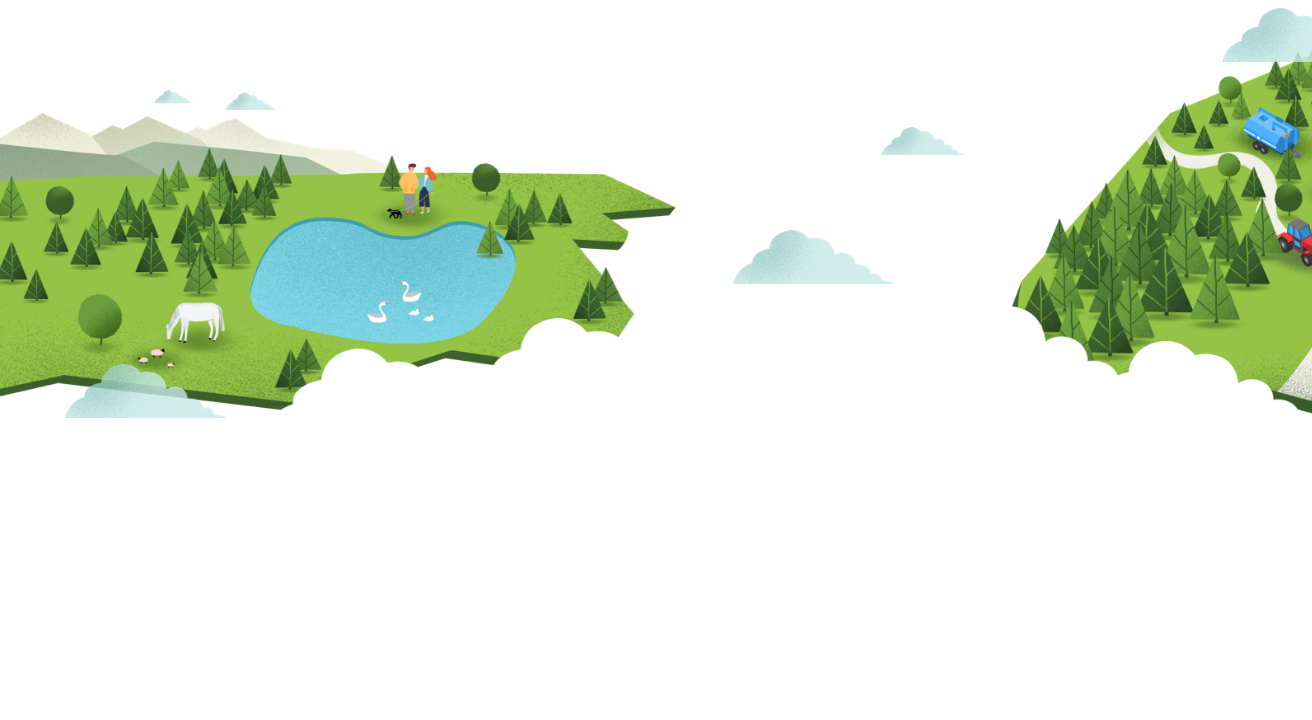
Repository: caothaito/b6g6
Page: bogo/q.html
These files come from the project's save history. The page is drawn as it stood at one moment and after a run of saves; the edit follows.
The browser window is 1280 px wide. The page is 1280 px wide, then 1312 px, so the pictures cover 1312 px, including what lies to the right of the window. The pictures show the whole page.

Above is the page before, as saved 2020-08-21 14:21:09.
Console error: ReferenceError: setREVStartSize is not defined

After the next 2 saves:
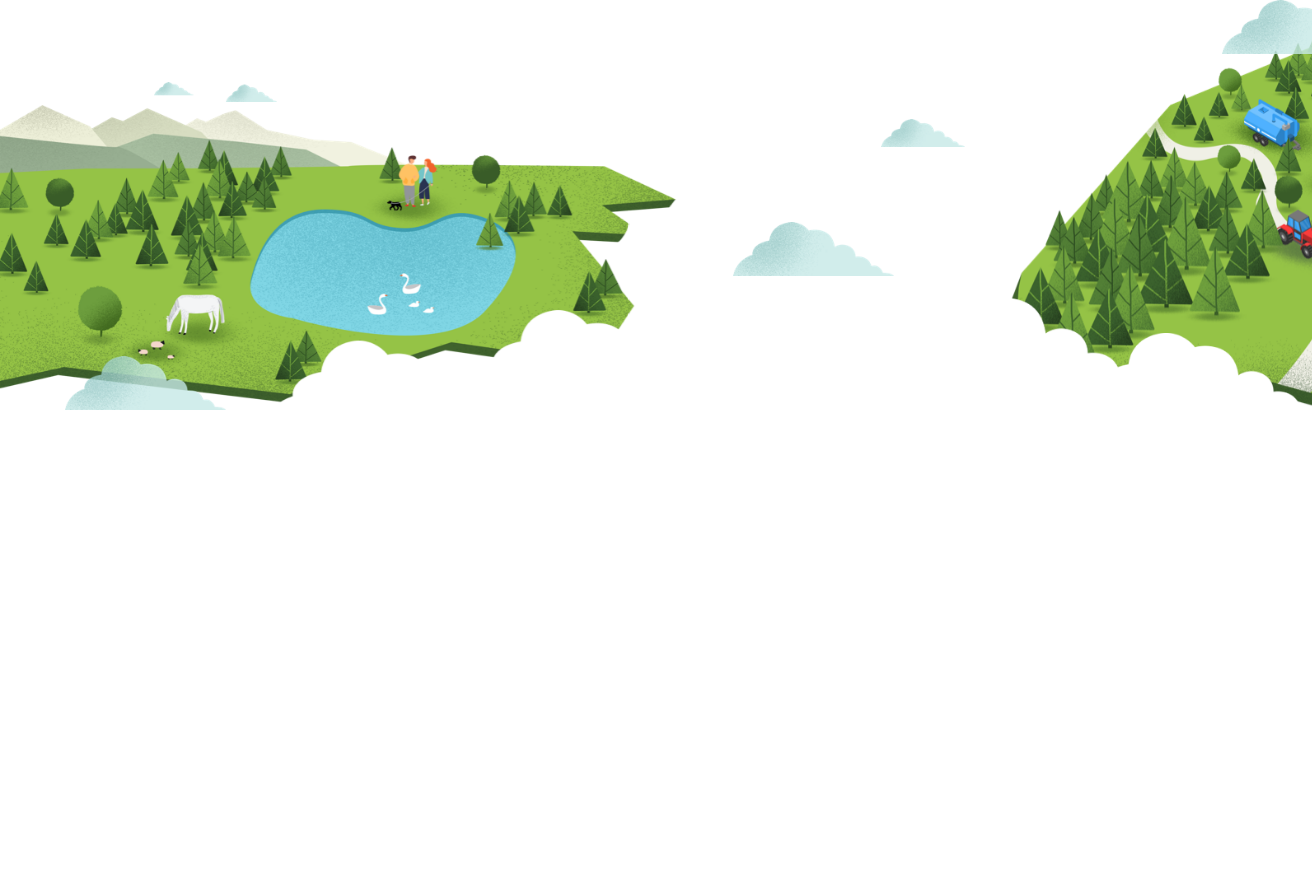
The 2 saves are shown as one change because they came seconds apart.
The last was saved 8 s later.
--- a/bogo/q.html
+++ b/bogo/q.html
@@ -1,8 +1,6 @@
 <div class="plant-trees--slider pull-left w100">
     <div class="forcefullwidth_wrapper_tp_banner">
-        <div  class="rev_slider_wrapper fullwidthbanner-container" data-alias="homepage"
-            data-source="gallery"
-            style="margin: 0px auto; background: transparent; padding: 0px; height: 433px; position: absolute; overflow: visible; width: 1583px; left: 0px;">
+        <div  class="rev_slider_wrapper fullwidthbanner-container" >
 
             <div id="rev_slider_1_1"
                 class="rev_slider fullwidthabanner revslider-initialised tp-simpleresponsive rev_redraw_on_blurfocus"
